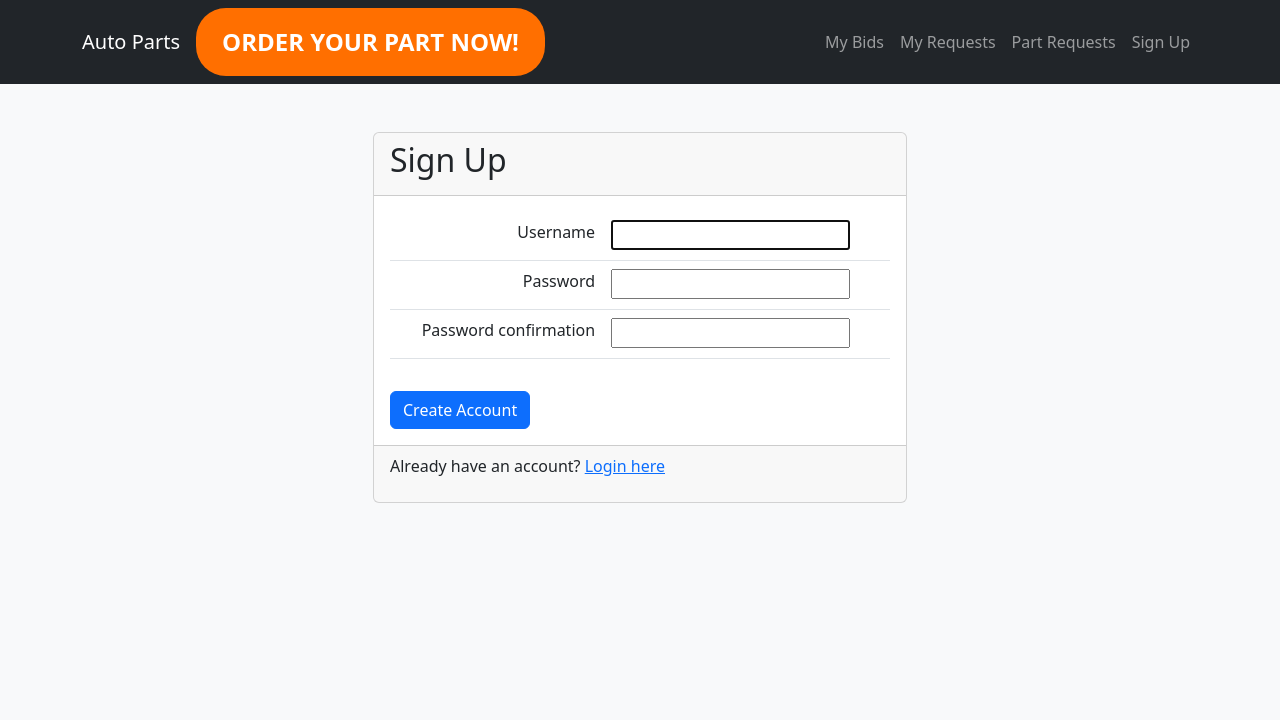
Repository: Jijiluzana225/onlineparts
Page: http://localhost/register/
An editor plug-in stored every save of this project. The page is shown before and after the next save, followed by the edit.
The browser window is 1280 px wide. The pictures show the whole page.
The page is served by the project's application, run on Django 5.2 (manage.py). Other server files are loaded and not shown.

Above is the page before, as saved 2025-02-20 10:43:21.

### orders/templates/orders/register.html
{% extends 'orders/landing.html' %}

{% block content %}
<div class="container mt-5">
    <div class="row justify-content-center">
        <div class="col-lg-6 col-md-8 col-sm-10">
            <div class="card">
                <div class="card-header">
                    <h2>Sign Up</h2>
                </div>
                <div class="card-body">
                    <form method="post">
                        {% csrf_token %}
                        <table class="table">
                            {% for field in form %}
                            <tr>
                                <td class="text-end">
                                    <label class="form-label">{{ field.label }}</label>
                                </td>
                                <td>
                                    {{ field }}
                                    {% if field.errors %}
                                    <div class="text-danger">
                                        {{ field.errors|striptags }}
                                    </div>
                                    {% endif %}
                                </td>
                            </tr>
                            {% endfor %}
                        </table>
                        <button type="submit" class="btn btn-primary mt-3">Create Account</button>
                    </form>
                </div>
                <div class="card-footer">
                    <p>Already have an account? <a href="{% url 'login' %}">Login here</a></p>
                </div>
            </div>
        </div>
    </div>
</div>
{% endblock %}

### orders/templates/orders/landing.html
<!DOCTYPE html>
<html lang="en">
<head>
    <meta charset="UTF-8">
    <meta name="viewport" content="width=device-width, initial-scale=1">
    <title>{% block title %}Landing Page{% endblock %}</title>
    <link href="https://cdn.jsdelivr.net/npm/bootstrap@5.3.0/dist/css/bootstrap.min.css" rel="stylesheet">
    <style>
        body {
            background-color: #f8f9fa;
        }
        .hero {
            height: 80vh;
            display: flex;
            align-items: center;
            justify-content: center;
            text-align: center;
            background: url('https://source.unsplash.com/1600x900/?car,parts') no-repeat center center/cover;
            color: white;
            position: relative;
        }
        .hero-overlay {
            background: black;
            padding: 50px;
            border-radius: 10px;
        }
        .btn-custom {
            background-color: #ff6f00;
            color: white;
            border-radius: 30px;
            padding: 15px 25px;
            font-size: 1.5rem;
            font-weight: bold;
            text-transform: uppercase;
            transition: background 0.3s ease;
        }
        .btn-custom:hover {
            background-color: #e65c00;
        }
    </style>
    {% block extra_css %}{% endblock %}
</head>
<body>

<!-- Navbar -->
<nav class="navbar navbar-expand-lg navbar-dark bg-dark">
    <div class="container">
        <a class="navbar-brand" href="{% url 'home' %}">Auto Parts</a>
        <a href="{% url 'order_part' %}" class="btn btn-custom">Order Your Part Now!</a>

        <button class="navbar-toggler" type="button" data-bs-toggle="collapse" data-bs-target="#navbarNav">
            <span class="navbar-toggler-icon"></span>
        </button>
        <div class="collapse navbar-collapse" id="navbarNav">
            <ul class="navbar-nav ms-auto">
                <li class="nav-item"><a class="nav-link" href="{% url 'store_bids' %}">My Bids</a></li>
                <li class="nav-item"><a class="nav-link" href="{% url 'my_part_requests' %}">My Requests</a></li>
                <li class="nav-item"><a class="nav-link" href="{% url 'part_request_list' %}">Part Requests</a></li>

                {% if user.is_authenticated %}
                    <li class="nav-item dropdown">
                        <a class="nav-link dropdown-toggle" href="#" id="userDropdown" role="button" data-bs-toggle="dropdown">
                            {{ user.username }}
                        </a>
                        <ul class="dropdown-menu">
                            <li><a class="dropdown-item" href="{% url 'profile_update' %}">Profile</a></li>
                            <li>
                                <form method="post" action="{% url 'logout' %}">
                                    {% csrf_token %}
                                    <button type="submit" class="dropdown-item">Logout</button>
                                </form>
                            </li>
                        </ul>
                    </li>
                {% else %}
                    <li class="nav-item"><a class="nav-link btn btn-secondary" href="{% url 'register' %}">Sign Up</a></li>
                {% endif %}
            </ul>
        </div>
    </div>
</nav>

<!-- Hero Section -->
{% comment %} <div class="hero">
    <div class="hero-overlay">
        <h1 class="mb-4">Request Your Auto Parts Here!</h1>
        <a href="{% url 'order_part' %}" class="btn btn-custom">Order Your Part Now!</a>
    </div>
</div> {% endcomment %}

<!-- Main Content -->
<main class="container mt-4">
    {% block content %}
    {% endblock %}
</main>

<!-- Bootstrap JS -->
<script src="https://cdn.jsdelivr.net/npm/bootstrap@5.3.0/dist/js/bootstrap.bundle.min.js"></script>
{% block extra_js %}{% endblock %}
</body>
</html>

### orders/views.py
from django.shortcuts import render, redirect
from .forms import CustomerRegistrationForm
from django.shortcuts import render, redirect
from django.contrib.auth import login, authenticate
from django.contrib.auth.forms import UserCreationForm


def register_view(request):
    if request.method == "POST":
        form = CustomerRegistrationForm(request.POST)
        if form.is_valid():
            user = form.save()
            login(request, user)  # Auto-login after registration
            return redirect('home')
    else:
        form = UserCreationForm()
    return render(request, 'orders/register.html', {'form': form})



def landing_page(request):
    return render(request, 'orders/landing.html')



from django.shortcuts import render, redirect
from django.contrib.auth.decorators import login_required
from .forms import CustomerUpdateForm

@login_required
def profile_update_view(request):
    user = request.user
    if request.method == "POST":
        form = CustomerUpdateForm(request.POST, instance=user)
        if form.is_valid():
            form.save()
            return redirect("home")  # Stay on profile page after saving
    else:
        form = CustomerUpdateForm(instance=user)

    return render(request, "orders/profile_update.html", {"form": form})



from django.shortcuts import render, redirect
from django.contrib.auth.decorators import login_required
from .forms import PartRequestForm

@login_required
def order_part_view(request):
    if request.method == "POST":
        form = PartRequestForm(request.POST, request.FILES)
        if form.is_valid():
            part_request = form.save(commit=False)
            part_request.user = request.user
            part_request.save()
            return redirect("order_success")  # Redirect to a success page
    else:
        form = PartRequestForm()

    return render(request, "orders/order_part.html", {"form": form})


def order_success(request):
    return render(request, "orders/order_success.html")

from django.shortcuts import render
from .models import PartRequest

def part_request_list(request):
    part_requests = PartRequest.objects.all().order_by('-created_at')  # Order by latest date
    return render(request, 'orders/part_request_list.html', {'part_requests': part_requests})

from django.shortcuts import render, get_object_or_404
from .models import PartRequest

def part_request_detail(request, pk):
    part_request = get_object_or_404(PartRequest, pk=pk)
    return render(request, 'orders/part_request_detail.html', {'part_request': part_request})


from django.shortcuts import render, get_object_or_404, redirect
from django.contrib.auth.decorators import login_required
from .models import PartRequest, Bid
from .forms import BidForm

@login_required
def place_bid(request, part_request_id):
    part_request = get_object_or_404(PartRequest, id=part_request_id)

    if request.method == "POST":
        form = BidForm(request.POST, request.FILES)
        if form.is_valid():
            bid = form.save(commit=False)
            bid.part_request = part_request
            bid.store = request.user  # Only logged-in stores can bid
            bid.save()
            return render(request, 'orders/landing.html', {'part_request': part_request})

    else:
        form = BidForm()

    return render(request, "orders/place_bid.html", {"form": form, "part_request": part_request})

from django.shortcuts import render
from django.contrib.auth.decorators import login_required
from django.utils.decorators import method_decorator
from django.views.generic import ListView
from .models import PartRequest

@method_decorator(login_required, name="dispatch")
class MyPartRequestsView(ListView):

    model = PartRequest
    template_name = "orders/my_part_requests.html"
    context_object_name = "part_requests"

    def get_queryset(self):
        return PartRequest.objects.filter(user=self.request.user).prefetch_related("bids").order_by("-created_at")



from django.shortcuts import render, get_object_or_404
from django.views.generic import DetailView
from .models import Bid

class BidDetailView(DetailView):
    model = Bid
    template_name = "orders/bid_detail.html"
    context_object_name = "bid"


from django.contrib import messages
from django.http import HttpResponseRedirect
from django.urls import reverse
from django.views import View
from django.shortcuts import get_object_or_404
from .models import Bid, PartRequest

class AcceptBidView(View):
    def post(self, request, pk):
        bid = get_object_or_404(Bid, pk=pk)
        part_request = bid.part_request

        # Close the PartRequest
        part_request.status = "Closed"
        part_request.save()

        # Set selected bid to "Accepted"
        bid.status = "Accepted"
        bid.save()

        # Reject all other bids for this part request
        Bid.objects.filter(part_request=part_request).exclude(pk=pk).update(status="Rejected")

        messages.success(request, "Bid accepted successfully! The part request is now closed.")
        return HttpResponseRedirect(reverse("my_part_requests"))



from django.shortcuts import render
from django.contrib.auth.decorators import login_required
from .models import Bid

@login_required
def store_bids(request):
    bids = Bid.objects.filter(store=request.user).order_by("-created_at")
    return render(request, "orders/store_bids.html", {"bids": bids})


from django.shortcuts import render, get_object_or_404, redirect
from django.urls import reverse_lazy
from django.views.generic import UpdateView, DeleteView, DetailView
from django.contrib import messages
from .models import Bid
from .forms import BidForm

class BidDetailViewView(DetailView):
    model = Bid
    template_name = "orders/bid_detail_view.html"
    context_object_name = "bid"

class BidUpdateView(UpdateView):
    model = Bid
    form_class = BidForm
    template_name = "orders/bid_form.html"

    def form_valid(self, form):
        messages.success(self.request, "Bid updated successfully!")
        return super().form_valid(form)

    def get_success_url(self):
        return reverse_lazy("bid_detail", kwargs={"pk": self.object.pk})

class BidDeleteView(DeleteView):
    model = Bid
    template_name = "orders/bid_confirm_delete.html"
    success_url = reverse_lazy("store_bids")

    def delete(self, request, *args, **kwargs):
        messages.success(request, "Bid deleted successfully!")
        return super().delete(request, *args, **kwargs)

### Onlinespareparts/urls.py
from django.contrib import admin
from django.urls import path, include
from django.conf import settings
from django.conf.urls.static import static

urlpatterns = [
    path('admin/', admin.site.urls),
    path('', include('orders.urls')),
]

urlpatterns += static(settings.MEDIA_URL, document_root=settings.MEDIA_ROOT)

### orders/urls.py
from django.urls import path
from .views import *
from django.contrib.auth import views as auth_views


urlpatterns = [
    path('register/', register_view, name='register'),
    path('login/', auth_views.LoginView.as_view(template_name='orders/login.html'), name='login'),
    path('logout/', auth_views.LogoutView.as_view(next_page='login'), name='logout'),
    path('', landing_page, name='home'),  # This makes the landing page accessible at "/"
    path('profile/update/', profile_update_view, name='profile_update'),
    path("order/", order_part_view, name="order_part"),
    path("order-success/", order_success, name="order_success"),
    path('part-requests/', part_request_list, name='part_request_list'),
    path('part-requests/<int:pk>/', part_request_detail, name='part_request_detail'),
    path("bid/<int:part_request_id>/", place_bid, name="place_bid"),
    path("my-part-requests/", MyPartRequestsView.as_view(), name="my_part_requests"),
    path("bid_details/<int:pk>/", BidDetailView.as_view(), name="bid_detail"),
    path("accept-bid/<int:pk>/", AcceptBidView.as_view(), name="accept_bid"),
    path("store/bids/", store_bids, name="store_bids"),

    path("bidview/<int:pk>/", BidDetailViewView.as_view(), name="bid_detail_view"),
    path("bidview/<int:pk>/update/", BidUpdateView.as_view(), name="bid_update"),
    path("bidview/<int:pk>/delete/", BidDeleteView.as_view(), name="bid_delete"),


]

### orders/forms.py
from django import forms
from django.contrib.auth.forms import UserCreationForm
from .models import Customer

class CustomerRegistrationForm(UserCreationForm):
    is_store = forms.BooleanField(
        required=False,
        widget=forms.CheckboxInput(attrs={'class': 'form-check-input'}),
        label="Register as a Store"
    )
    phone_number = forms.CharField(
        max_length=15,
        widget=forms.TextInput(attrs={'class': 'form-control', 'placeholder': 'Enter phone number'}),
        label="Phone Number"
    )
    address = forms.CharField(
        widget=forms.Textarea(attrs={'class': 'form-control', 'rows': 3, 'placeholder': 'Enter your Complete address'}),
        required=False,
        label="Complete Address"
    )

    class Meta:
        model = Customer
        fields = ['is_store','username', 'password1', 'password2', 'completename', 'email', 'phone_number', 'address']

        labels = {
            'completename': 'Full Name / Store Name',
            'email': 'Email',
            'address': 'Complete Address',
        }
        widgets = {
            'username': forms.TextInput(attrs={'class': 'form-control', 'placeholder': 'Enter username'}),
            'password1': forms.PasswordInput(attrs={
                'class': 'form-control',
                'placeholder': 'Enter password',
                'autocomplete': 'new-password',
                'minlength': '8'
            }),
            'password2': forms.PasswordInput(attrs={
                'class': 'form-control',
                'placeholder': 'Confirm password',
                'autocomplete': 'new-password',
                'minlength': '8'
            }),
            'completename': forms.TextInput(attrs={'class': 'form-control', 'placeholder': 'Enter full name'}),
            'email': forms.EmailInput(attrs={'class': 'form-control', 'placeholder': 'Enter email'}),
        }


from django import forms
from .models import Customer

class CustomerUpdateForm(forms.ModelForm):
    is_store = forms.BooleanField(
        required=False,
        widget=forms.CheckboxInput(attrs={'class': 'form-check-input'}),
        label="Register as a Store"
    )
    class Meta:
        model = Customer
        fields = ["is_store", "completename", "phone_number", "address"]
        labels = {
            'completename': 'Full Name / Store Name',
            'email': 'Email',
            'address': 'Complete Address',
        }
        widgets = {
            "completename": forms.TextInput(attrs={"class": "form-control"}),
            "phone_number": forms.TextInput(attrs={"class": "form-control"}),
            "address": forms.Textarea(attrs={"class": "form-control", "rows": 3}),
        }




from django import forms
from .models import PartRequest

class PartRequestForm(forms.ModelForm):
    class Meta:
        model = PartRequest
        fields = ["brand_new","used","part_name", "description", "image1", "image2", "brand", "year", "car_model"]
        widgets = {
            "description": forms.Textarea(attrs={"class": "form-control", "rows": 4}),
            "brand": forms.Select(attrs={"class": "form-control"}),
            "year": forms.NumberInput(attrs={"class": "form-control", "min": 1900, "max": 2100}),
            "car_model": forms.TextInput(attrs={"class": "form-control"}),
            "part_name": forms.TextInput(attrs={"class": "form-control"}),
        }

    image1 = forms.ImageField(required=True, widget=forms.FileInput(attrs={"class": "form-control"}))
    image2 = forms.ImageField(required=True, widget=forms.FileInput(attrs={"class": "form-control"}))



from django import forms
from .models import Bid

class BidForm(forms.ModelForm):
    class Meta:
        model = Bid
        fields = ["condition", "price", "notes", "image1", "image2"]
        widgets = {
        "notes": forms.Textarea(attrs={"class": "form-control", "rows": 3}),
        "price": forms.TextInput(attrs={"class": "form-control text-center", "style": "font-size: 1.5rem;" }),

        }

    image1 = forms.ImageField(required=True, widget=forms.FileInput(attrs={"class": "form-control"}))
    image2 = forms.ImageField(required=False, widget=forms.FileInput(attrs={"class": "form-control"}))

### orders/models.py
from django.contrib.auth.models import AbstractUser
from django.db import models
from django.contrib.auth.models import User
from django.conf import settings


class Customer(AbstractUser):
    completename = models.CharField(max_length=250 )
    phone_number = models.CharField(max_length=50 )
    address = models.TextField(blank=True, null=True)
    is_store = models.BooleanField(default=False)





    groups = models.ManyToManyField(
        "auth.Group",
        related_name="customer_users",  # Custom related name to avoid conflicts
        blank=True
    )
    user_permissions = models.ManyToManyField(
        "auth.Permission",
        related_name="customer_users_permissions",  # Custom related name
        blank=True
    )

    def __str__(self):
        return self.username

BRAND_CHOICES = [
    ("Toyota", "Toyota"),
    ("Mitsubishi", "Mitsubishi"),
    ("Honda", "Honda"),
    ("Nissan", "Nissan"),
    ("Ford", "Ford"),
    ("Isuzu", "Isuzu"),
    ("Hyundai", "Hyundai"),
    ("Kia", "Kia"),
    ("Chevrolet", "Chevrolet"),
    ("Suzuki", "Suzuki"),
    ("Daihatsu", "Daihatsu"),
    ("Mazda", "Mazda"),
    ("Subaru", "Subaru"),
    ("Fuso", "Fuso"),
    ("Hino", "Hino"),
    ("Tata", "Tata"),
    ("MAN", "MAN"),
    ("Scania", "Scania"),
    ("Volkswagen", "Volkswagen"),
    ("Chery", "Chery"),
    ("Foton", "Foton"),
    ("JAC", "JAC"),
    ("Dongfeng", "Dongfeng"),
    ("Changan", "Changan"),
    ("Geely", "Geely"),
    ("MG", "MG"),
    ("BYD", "BYD"),
    ("BAIC", "BAIC"),
    ("GAC", "GAC"),
    ("Maxus", "Maxus"),
]

STATUS_CHOICES = [
    ("Open", "Open"),
    ("Closed", "Closed"),
]

# Part Request Model
class PartRequest(models.Model):
    brand_new = models.BooleanField(default=True)
    used = models.BooleanField(default=False)


    user = models.ForeignKey(settings.AUTH_USER_MODEL, on_delete=models.CASCADE)
    part_name = models.CharField(max_length=255)
    description = models.TextField()
    qty = models.PositiveIntegerField(default="1")
    image1 = models.ImageField(upload_to="part_images/")
    image2 = models.ImageField(upload_to="part_images/")
    brand = models.CharField(max_length=255, choices=BRAND_CHOICES)
    year = models.PositiveIntegerField()
    car_model = models.CharField(max_length=255)
    created_at = models.DateTimeField(auto_now_add=True)
    status = models.CharField(max_length=10, choices=STATUS_CHOICES, default="Open")

    def __str__(self):
        return f"{self.part_name} ({self.brand} - {self.car_model})"


    from django.db import models
from django.conf import settings

# Bid Status Choices
BID_STATUS_CHOICES = [
    ("Pending", "Pending"),
    ("Accepted", "Accepted"),
    ("Rejected", "Rejected"),
]
CONDITION_CHOICES = [
    ("Brand New", "Brand New"),
    ("Used", "Used"),

]
from django.db import models
from django.conf import settings

class Bid(models.Model):
    part_request = models.ForeignKey("orders.PartRequest", on_delete=models.CASCADE, related_name="bids")
    store = models.ForeignKey(settings.AUTH_USER_MODEL, on_delete=models.CASCADE)
    condition = models.CharField(max_length=10, choices=CONDITION_CHOICES, default="Brand New")
    price = models.DecimalField(max_digits=10, decimal_places=2)
    notes = models.TextField(blank=True, null=True)
    image1 = models.ImageField(upload_to="bid_images/", blank=True, null=True)
    image2 = models.ImageField(upload_to="bid_images/", blank=True, null=True)
    status = models.CharField(max_length=10, choices=BID_STATUS_CHOICES, default="")
    created_at = models.DateTimeField(auto_now_add=True)

    def __str__(self):
        return f"Bid by {self.store.username} for {self.part_request.part_name}"

After the next save:
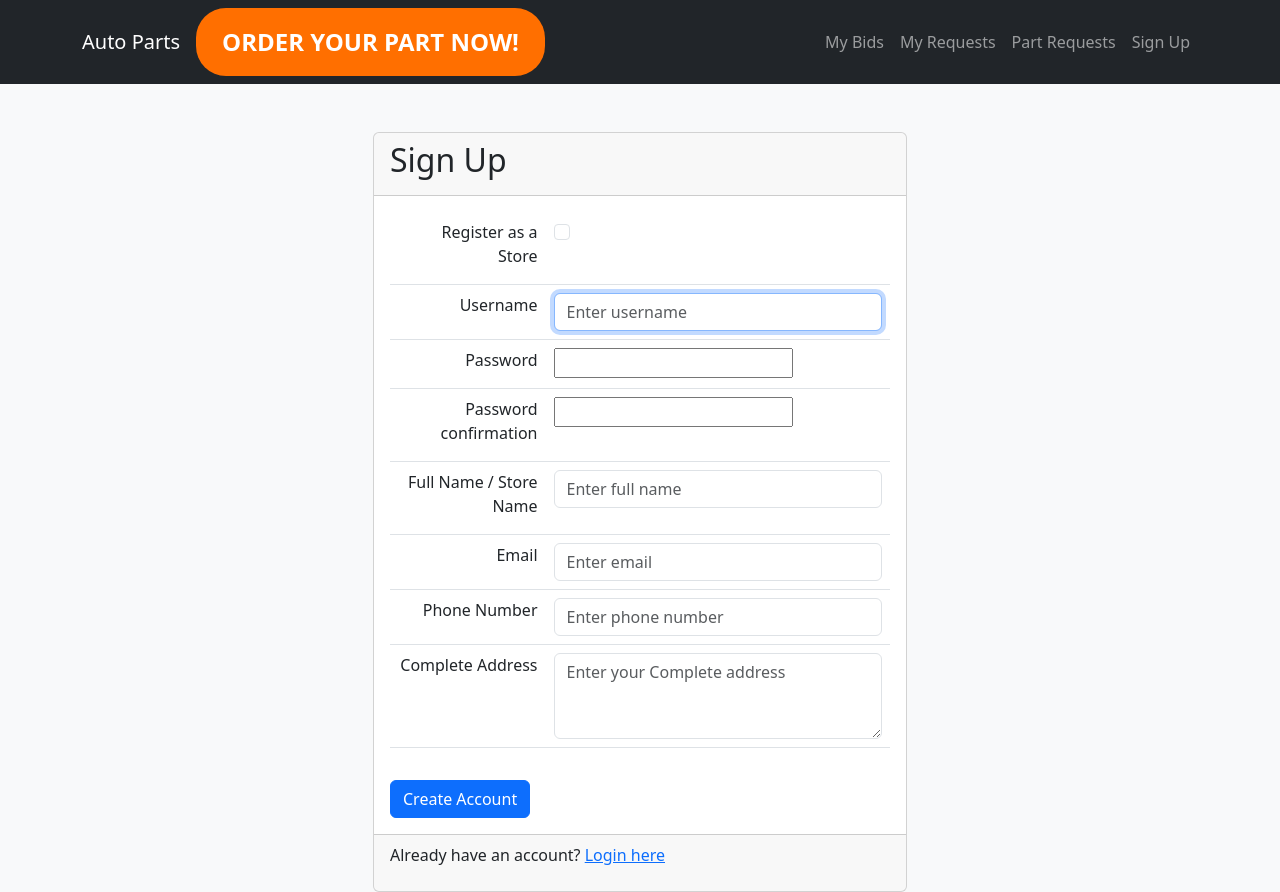
Saved 6 min 38 s later.
--- a/orders/views.py
+++ b/orders/views.py
@@ -6,14 +6,13 @@ from django.contrib.auth.forms import UserCreationForm
 
 
 def register_view(request):
-    if request.method == "POST":
+    if request.method == 'POST':
         form = CustomerRegistrationForm(request.POST)
         if form.is_valid():
-            user = form.save()
-            login(request, user)  # Auto-login after registration
-            return redirect('home')
-    else:
-        form = UserCreationForm()
+            form.save()
+            return redirect('login')
+    else:
+        form = CustomerRegistrationForm()
     return render(request, 'orders/register.html', {'form': form})
 
 
